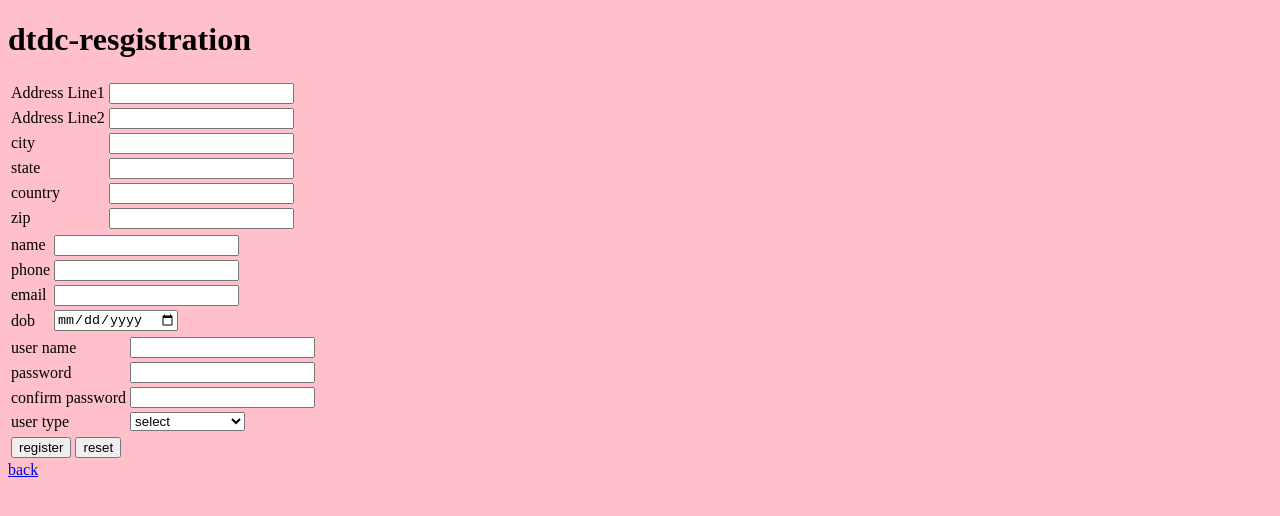
Repository: techkis4u/Kishor17
Page: http://localhost/cp_debit/WEB-INF/jsp/dtdc-registration.jsp
The author's editor kept a copy of each file at every save. The page is drawn from the files as they stood at one save, then again after the next save.
The browser window is 1280 px wide. The pictures show the whole page.
The page is served by Tomcat 9. Nobody is signed in. The template is opened directly, without the code that normally fills it, so the values that code supplies are empty.

Above is the page before, as saved 2019-11-29 19:34:34.

After the next save:
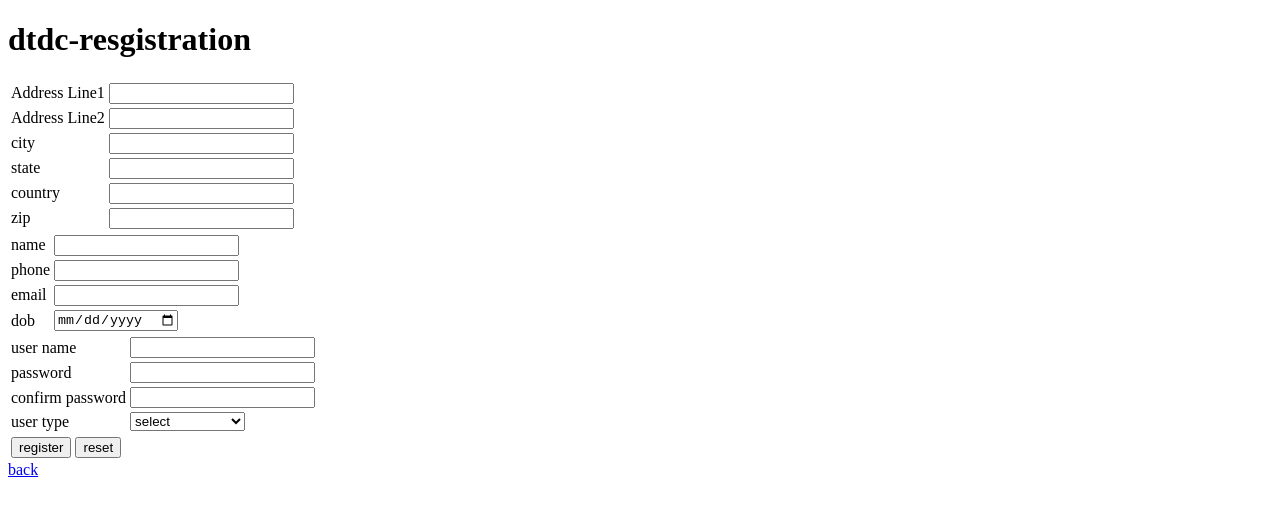
Saved 102 s later.
--- a/Project/cp_debit/src/main/WebApp/WEB-INF/jsp/dtdc-registration.jsp
+++ b/Project/cp_debit/src/main/WebApp/WEB-INF/jsp/dtdc-registration.jsp
@@ -8,7 +8,7 @@
 <meta charset="ISO-8859-1">
 <title>dtdc-resgistration</title>
 </head>
-<body style="background: pink">
+<body style="background: yello">
 	<h1>dtdc-resgistration</h1>
 	<form:form modelAttribute="dtdcRegistration">
 		<div id="error-div">
